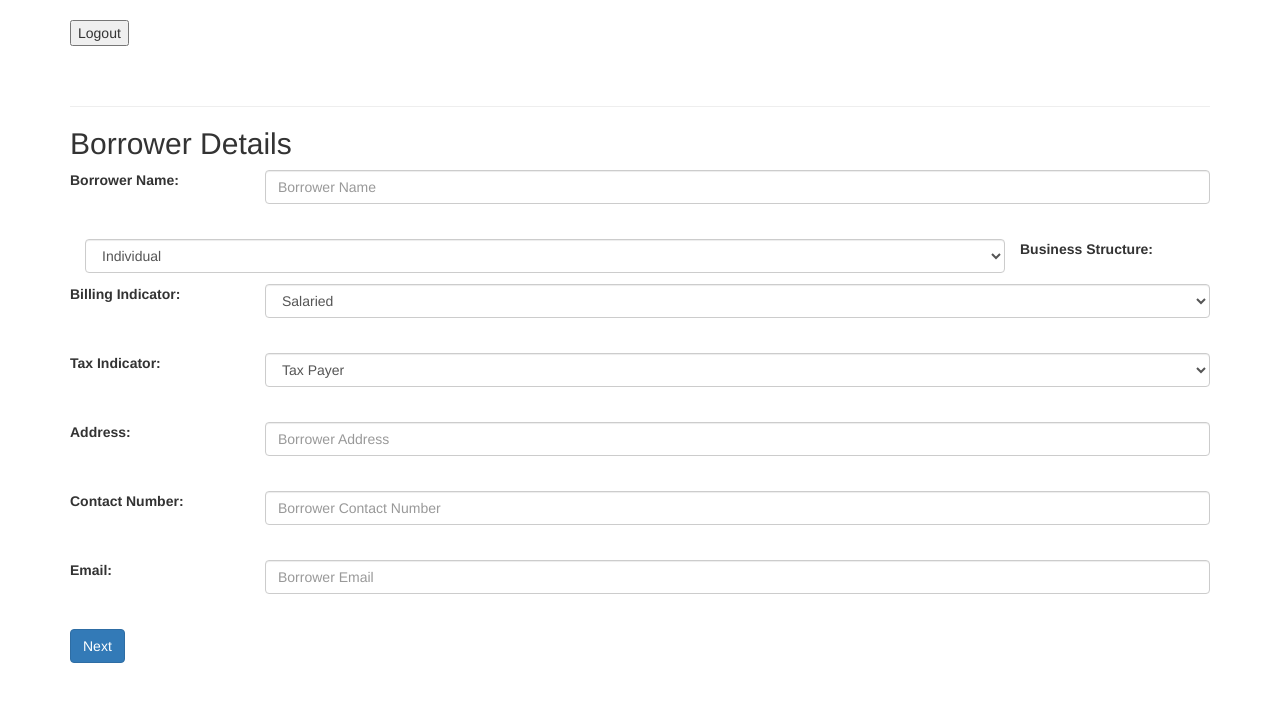
Repository: Bayvao/E-Loan-Project
Page: http://localhost/E-Loan-Project/WEB-INF/views/borrower-details-form.jsp
An editor plug-in stored every save of this project. The page is shown before and after the next save, followed by the edit.
The browser window is 1280 px wide. The pictures show the whole page.
The page is served by Tomcat 9. Nobody is signed in. Other server files are loaded and not shown. The template is opened directly, without the code that normally fills it, so the values that code supplies are empty.

Above is the page before, as saved 2020-07-20 12:47:09.

### E-Loan-Project/src/main/webapp/WEB-INF/views/borrower-details-form.jsp
<%@ taglib prefix="form" uri="http://www.springframework.org/tags/form"%>
<%@ taglib prefix="security"
	uri="http://www.springframework.org/security/tags"%>
<%@ taglib prefix="c" uri="http://java.sun.com/jsp/jstl/core"%>

<!DOCTYPE html>
<html lang="en">
<head>
<title>Borrower Details</title>
<meta charset="utf-8">
<meta name="viewport" content="width=device-width, initial-scale=1">
<link rel="stylesheet"
	href="https://maxcdn.bootstrapcdn.com/bootstrap/3.4.1/css/bootstrap.min.css">
<script
	src="https://ajax.googleapis.com/ajax/libs/jquery/3.5.1/jquery.min.js"></script>
<script
	src="https://maxcdn.bootstrapcdn.com/bootstrap/3.4.1/js/bootstrap.min.js"></script>

<style>
.error {
	color: red;
}
</style>
</head>
<body>
	<div class="container">
		<br />

		<!-- Add a logout button -->
		<form:form action="${pageContext.request.contextPath}/logout"
			method="POST">

			<input type="submit" value="Logout" />

		</form:form>

		<!-- display user name and role -->
		<br /> <br />
		<p>

			<security:authorize access="isAuthenticated()">
        User: <security:authentication property="principal.username" />
        Role(s): <security:authentication
					property="principal.authorities" />
			</security:authorize>
		</p>

		<hr>
		<h2>Borrower Details</h2>
		<form:form
			action="${pageContext.request.contextPath}/loan/processBorrower"
			modelAttribute="loanBorrower">

			<div class="form-group row">
				<label class="col-sm-2 col-form-label">Borrower Name: </label>
				<div class="col-sm-10">
					<form:input path="bName" placeholder="Borrower Name"
						class="form-control" />
					<form:errors path="bName" cssClass="error" />
				</div>
			</div>
			<br>
			<div class="form-row align-items-center">
				<div class="col-auto my-1">
				<label class="mr-sm-2">Business Structure: </label>
				<div class="col-sm-10">
					<form:select path="bStructure" class="form-control">
						<form:option value="Individual">Individual</form:option>
						<form:option value="Organizational">Organizational</form:option>

					</form:select>
				</div>
			</div>
			<br>
			<div class="form-group row">
				<label class="col-sm-2 col-form-label">Billing Indicator: </label>
				<div class="col-sm-10">
					<form:select path="bIndicator" class="form-control">
						<form:option value="Salaried">Salaried</form:option>
						<form:option value="Non-Salaried">Non-Salaried</form:option>

					</form:select>
				</div>
			</div>
			<br>
			<div class="form-group row">

				<label class="col-sm-2 col-form-label">Tax Indicator: </label>
				<div class="col-sm-10">
					<form:select path="tIndicator" class="form-control">
						<form:option value="Tax Payer">Tax Payer</form:option>
						<form:option value="Not Tax Payer">Non Tax Payer</form:option>

					</form:select>
				</div>
			</div>
			<br>
			<div class="form-group row">
				<label class="col-sm-2 col-form-label">Address: </label>
				<div class="col-sm-10">
					<form:input path="bAddress" placeholder="Borrower Address"
						class="form-control" />
					<form:errors path="bAddress" cssClass="error" />
				</div>
			</div>
			<br>
			<div class="form-group row">
				<label class="col-sm-2 col-form-label">Contact Number: </label>
				<div class="col-sm-10">
					<form:input path="bContactNo" placeholder="Borrower Contact Number"
						class="form-control" />
					<form:errors path="bContactNo" cssClass="error" />
				</div>
			</div>
			<br>
			<div class="form-group row">
				<label class="col-sm-2 col-form-label">Email: </label>
				<div class="col-sm-10">
					<form:input path="bEmail" placeholder="Borrower Email"
						class="form-control" />
					<form:errors path="bEmail" cssClass="error" />
				</div>
			</div>
			<br>
			<div class="form-group row">
				<div class="col-sm-10">
					<button type="submit" class="btn btn-primary">Next</button>
				</div>
			</div>
		</form:form>
	</div>

</body>
</html>

After the next save:
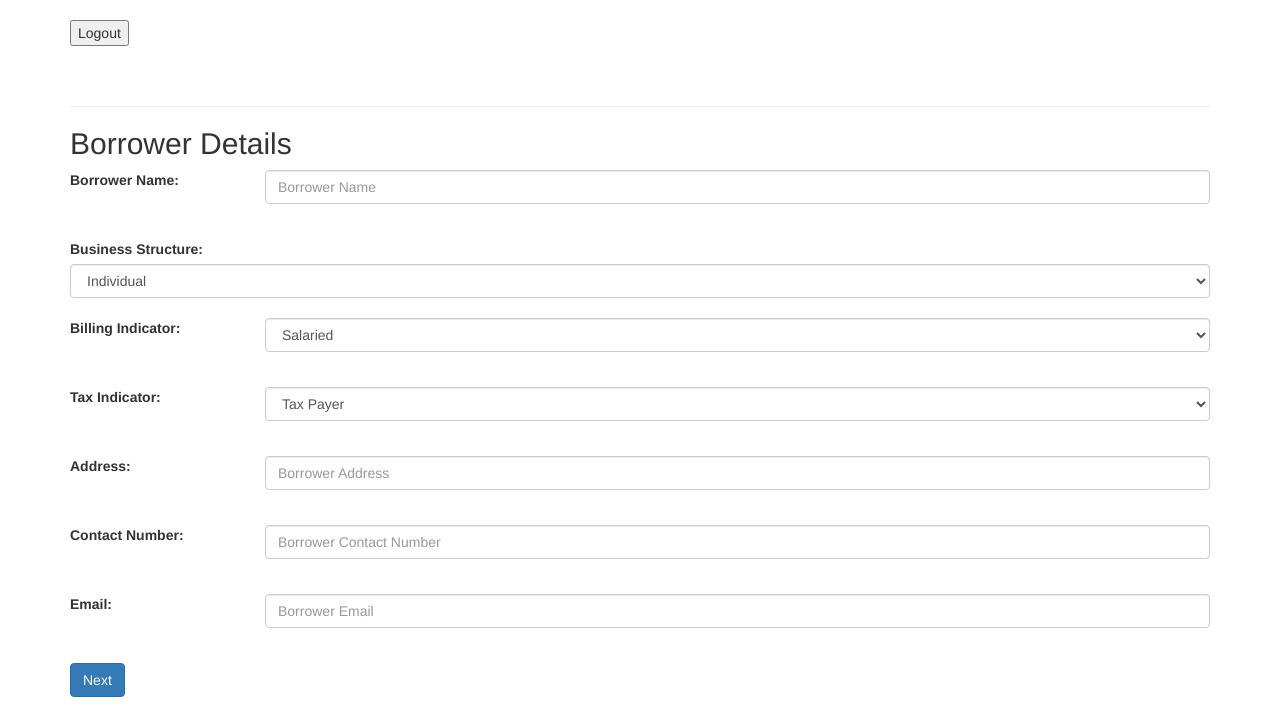
Saved 15 s later.
--- a/E-Loan-Project/src/main/webapp/WEB-INF/views/borrower-details-form.jsp
+++ b/E-Loan-Project/src/main/webapp/WEB-INF/views/borrower-details-form.jsp
@@ -63,7 +63,6 @@
 			<div class="form-row align-items-center">
 				<div class="col-auto my-1">
 				<label class="mr-sm-2">Business Structure: </label>
-				<div class="col-sm-10">
 					<form:select path="bStructure" class="form-control">
 						<form:option value="Individual">Individual</form:option>
 						<form:option value="Organizational">Organizational</form:option>
